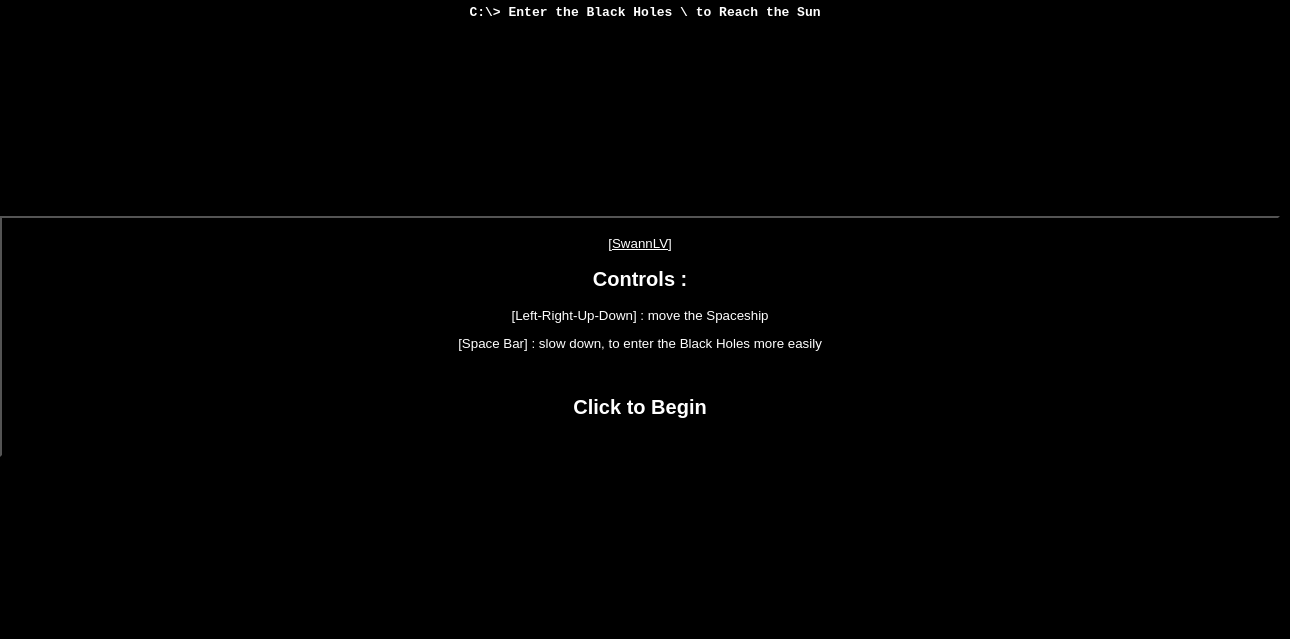
Repository: SwannLV/reach-the-sun
Page: Index.html
The author's editor kept a record of every edit. The page is drawn from the files as they stood at one moment, then again after the next edit.
The browser window is 1280 px wide. The page is 1290 px wide, so the pictures cover 1290 px, including what lies to the right of the window. The pictures show the whole page.
Some web libraries are served in a nearby version.

Above is the page before.
Console error: ReferenceError: THREE is not defined

After the next edit:
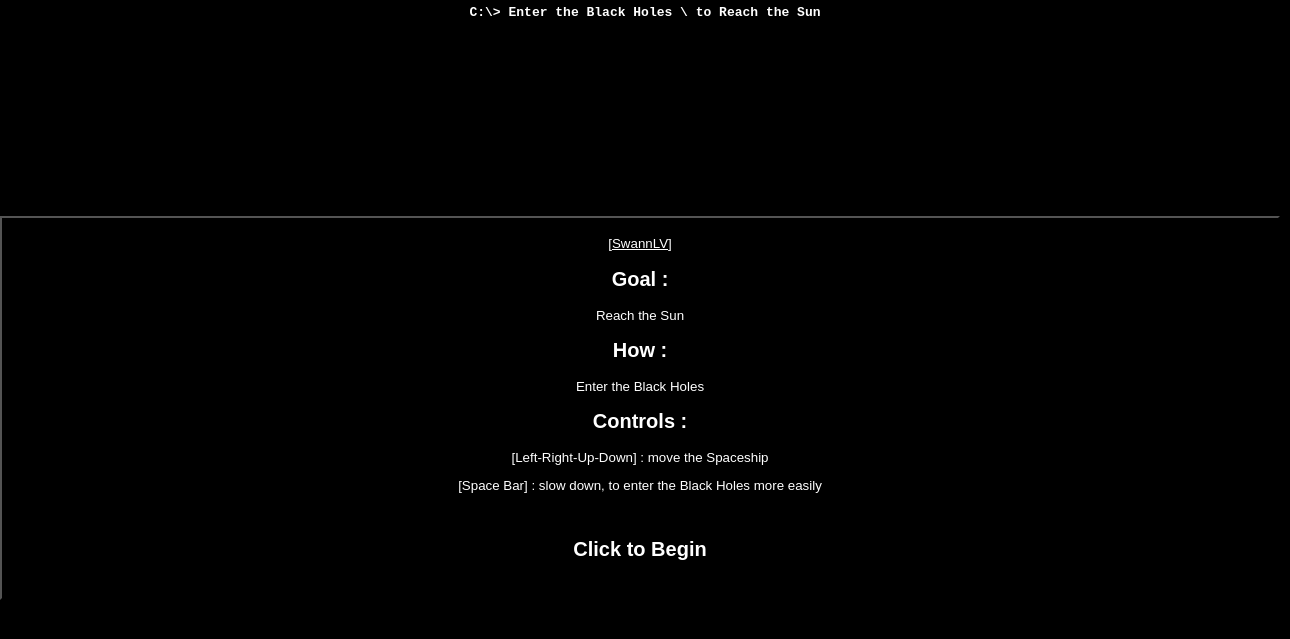
The edit:
--- a/Index.html
+++ b/Index.html
@@ -77,6 +77,10 @@
 
         <button id="start" style="background-color:black; color:white;">
             <p>[<a href="http://ca.linkedin.com/in/swannlv" target="_blank">SwannLV</a>]</p>
+            <h2>Goal :</h2>
+            <p>Reach the Sun</p>
+            <h2>How :</h2>
+            <p>Enter the Black Holes</p>
             <h2>Controls :</h2>
             <p>[Left-Right-Up-Down] : move the Spaceship
             <p>[Space Bar] : slow down, to enter the Black Holes more easily</p>
